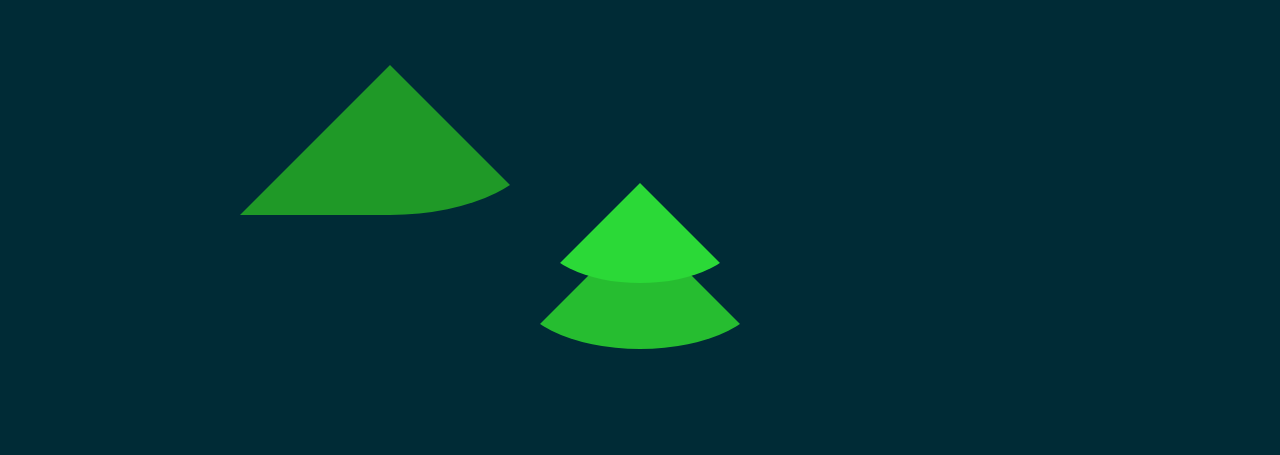
Repository: supakorn5039-boon/Christmas
Page: index.html
The author's editor kept a copy of each file at every save. The page is drawn from the files as they stood at one save, then again after a run of saves.
The browser window is 1280 px wide. The pictures show the whole page.

Above is the page before, as saved 2023-12-25 08:43:07.

### index.html
<!DOCTYPE html>
<html lang="en">
  <head>
    <meta charset="UTF-8" />
    <meta http-equiv="X-UA-Compatible" content="IE=edge" />
    <meta name="viewport" content="width=device-width, initial-scale=1.0" />
    <link rel="stylesheet" href="styles.css" />
  </head>
  <body>
    <div class="xmas-tree">
      <div class="start">
        <i class="fa-solid fa-star"></i>
      </div>
      <div class="t1"></div>
      <div class="t2"></div>
      <div class="t3"></div>
      <div class="stem"></div>
      <div class="snow-ground"></div>
    </div>
  </body>
  <script href="index.js"></script>
</html>

### styles.css
body {
  height: 100vh;
  margin: 0;
  background: #002b36;
  overflow: hidden;
  display: grid;
  place-items: center;
}

.xmas-tree {
  position: relative;
  width: 500px;
  height: 590px;
  z-index: -2;
}

.star {
  z-index: 3;
  position: absolute;
  color: #fffc00;
  font-style: 40px;
  text-shadow: 0 0 20px #fffc00;
  left: 50%;
  top: 15%;
  margin-left: -22px;
  animation: spin 2s infinite linear forwards;
}

@keyframes spin {
  to {
    transform: rotate(1turn);
  }
}

.t1 {
  position: absolute;
  z-index: 2;
  border-bottom: 100px solid #2bd937;
  margin-left: -100px;
  border-right: 100px solid transparent;
  border-left: 100px solid transparent;
  border-bottom-left-radius: 50%;
  border-bottom-right-radius: 50%;
  top: 20%;
  left: 50%;
}
.t2 {
  position: absolute;
  z-index: 1;
  border-bottom: 125px solid #26bd30;
  margin-left: -125px;
  border-right: 125px solid transparent;
  border-left: 125px solid transparent;
  border-bottom-right-radius: 50%;
  border-bottom-left-radius: 50%;
  top: 27%;
  left: 50%;

}

.t3{
    position: absolute;
    border-bottom: 150px solid #1f9927;
    margin-left: -150px;
    border-right:  150px solid transparent;
    border-left:  150px solid transparent;
    border-bottom-right-radius: 50%;
}

After the next 2 saves:
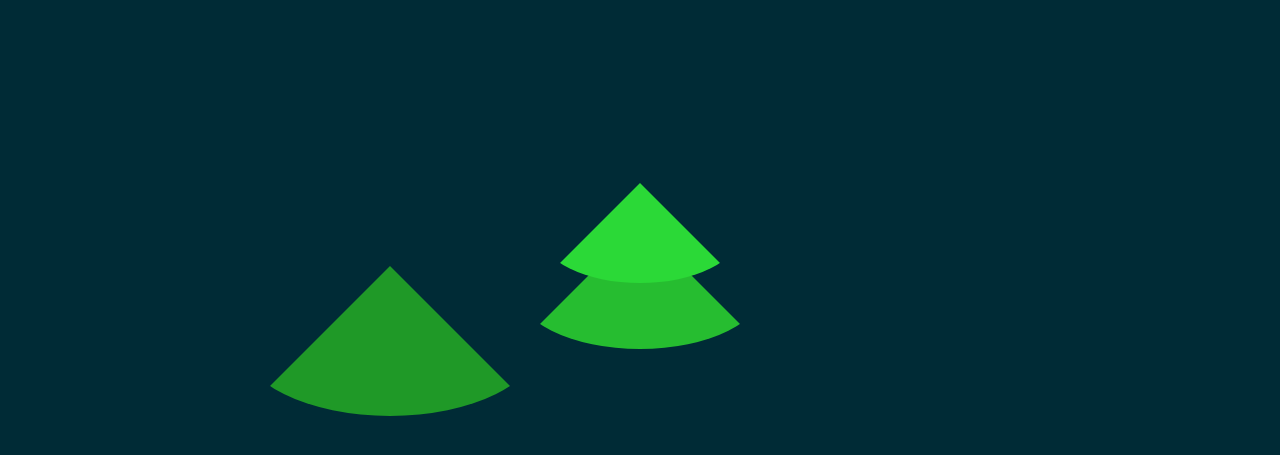
The 2 saves are shown as one change because they came seconds apart.
The last was saved 9 s later.
--- a/styles.css
+++ b/styles.css
@@ -65,4 +65,7 @@
     border-right:  150px solid transparent;
     border-left:  150px solid transparent;
     border-bottom-right-radius: 50%;
+    border-bottom-left-radius: 50%;
+    top: 34%;
+
 }
